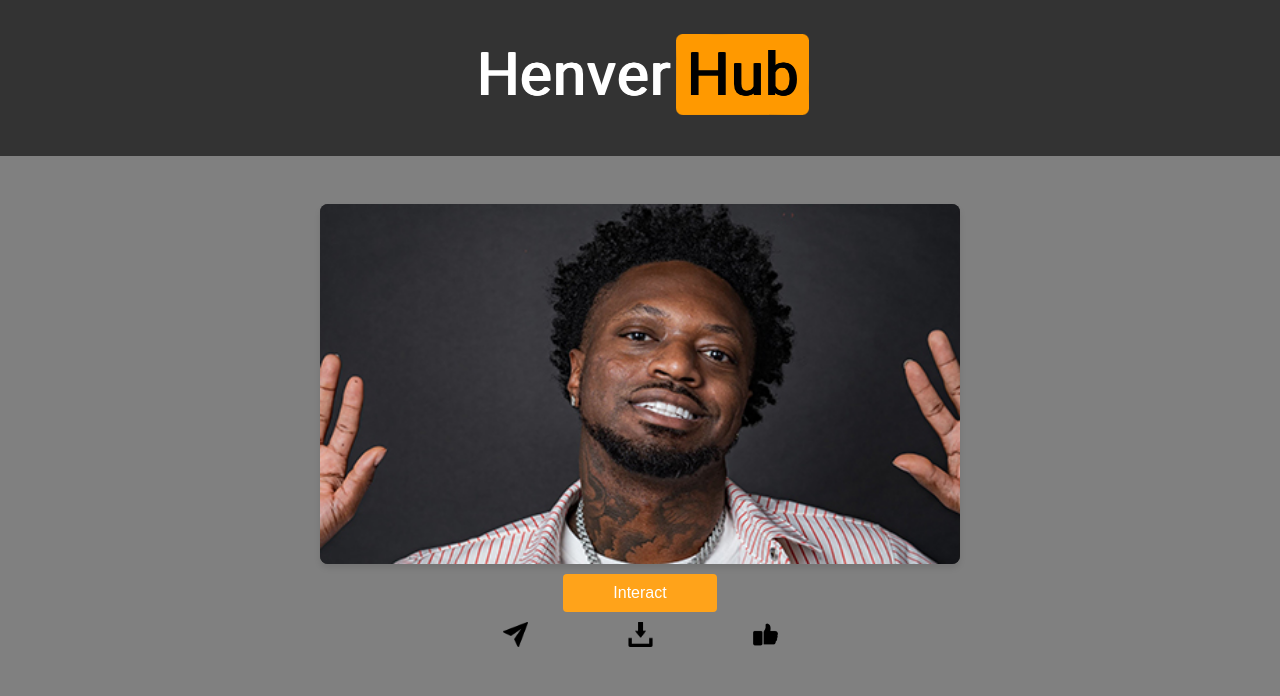
Repository: anderscederberg11/unhandledRuntimeError.json
Page: Henver/henver.html
These files come from the project's save history. The page is drawn as it stood at one moment and after the next save; the edit follows.
The browser window is 1280 px wide. The pictures show the whole page.

Above is the page before, as saved 2024-05-06 18:55:35.

After the next save:
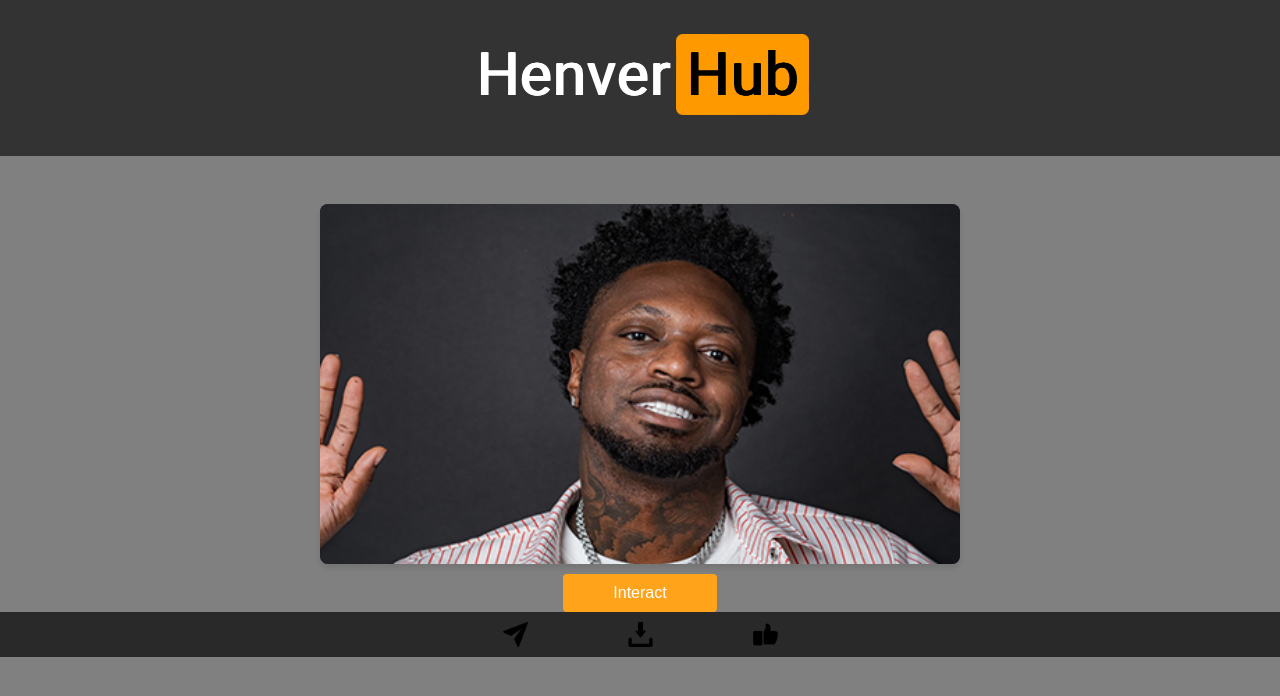
Saved 104 s later.
--- a/Henver/henver.css
+++ b/Henver/henver.css
@@ -5,7 +5,7 @@ body {
     padding: 0;
 }
 
-/* Navigation bar styles */
+
 nav {
     background-color: #333;
     color: white;
@@ -17,10 +17,10 @@ nav h1 {
     margin: 0;
 }
 
-/* Video player styles */
+
 #video-container {
     text-align: center;
-    margin-top: 3rem; /* Adjust margin as needed */
+    margin-top: 3rem;
 }
 
 #video-player {
@@ -33,7 +33,7 @@ nav h1 {
     box-shadow: 0 4px 6px rgba(0, 0, 0, 0.1);
     transition: transform 0.2s;
     margin-bottom: 20px;
-    margin: 0 auto; /* Center horizontally */
+    margin: 0 auto;
 }
 
 #video-thumbnail{
@@ -69,10 +69,10 @@ nav h1 {
     font-size: 16px;
 }
 
-/* Icon list styles */
 #icon-list {
     display: flex;
     justify-content: center;
+    background-color: #292929;
 }
 
 .icon {
